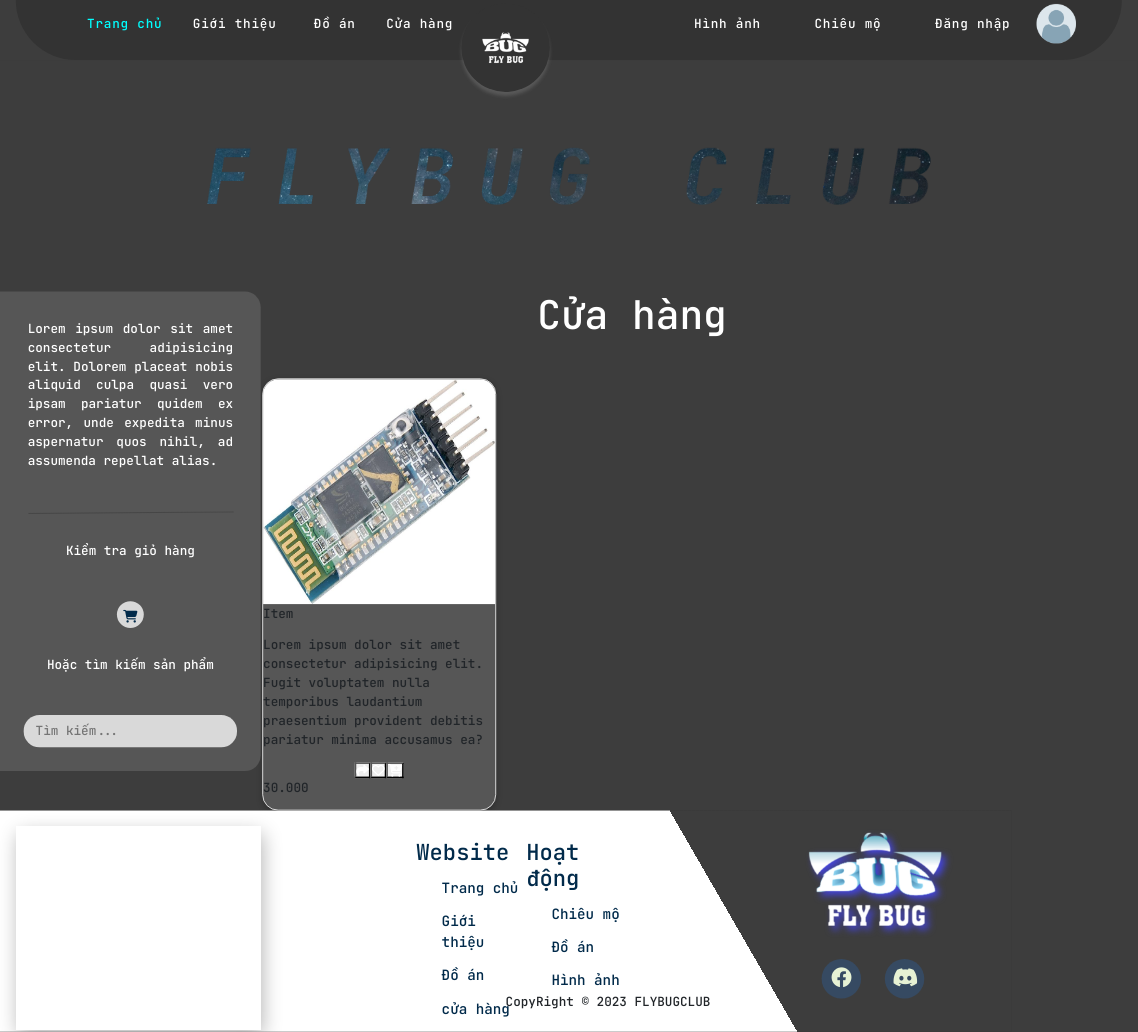
Repository: NQD2308/FlyBugClub_WebApp
Page: PROJECT FLYNUG/html/store.html
An editor plug-in stored every save of this project. The page is shown before and after the next save, followed by the edit.
The browser window is 1280 px wide. The page is 1440 px wide, so the pictures cover 1440 px, including what lies to the right of the window. The pictures show the whole page, at 79% of full size.
Pictures or frames that could not be fetched are drawn as grey boxes.

Above is the page before, as saved 2023-09-18 10:56:43.

After the next save:
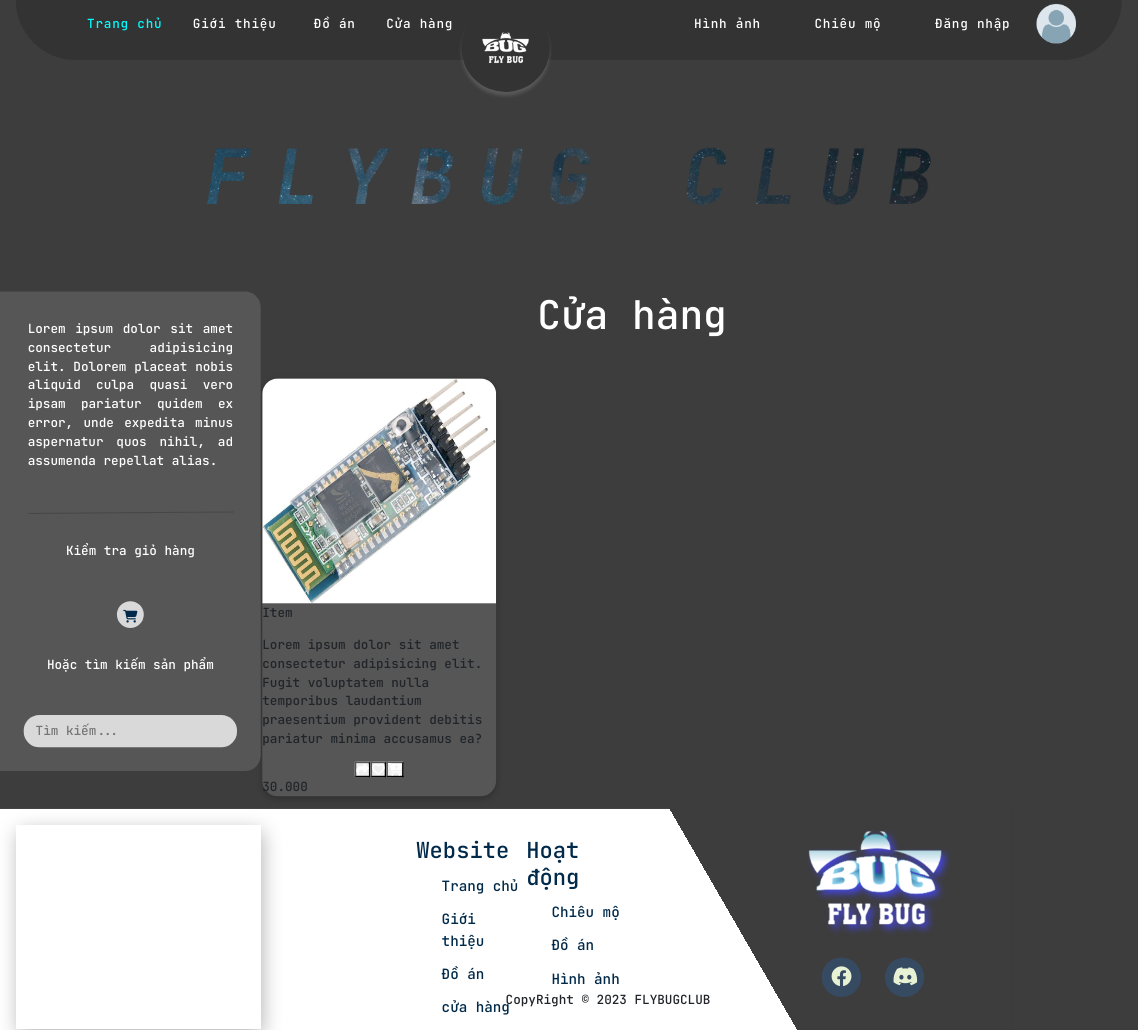
Saved 14 s later.
--- a/PROJECT FLYNUG/css/style.css
+++ b/PROJECT FLYNUG/css/style.css
@@ -199,7 +199,7 @@
 
 .body .right .store .item-card{
    background-color: #565656;
-    border: white 1px solid;
+    /* border: white 1px solid; */
     border-radius: 20px;
     box-shadow: rgba(0, 0, 0, 0.24) 0px 3px 8px;
 }
